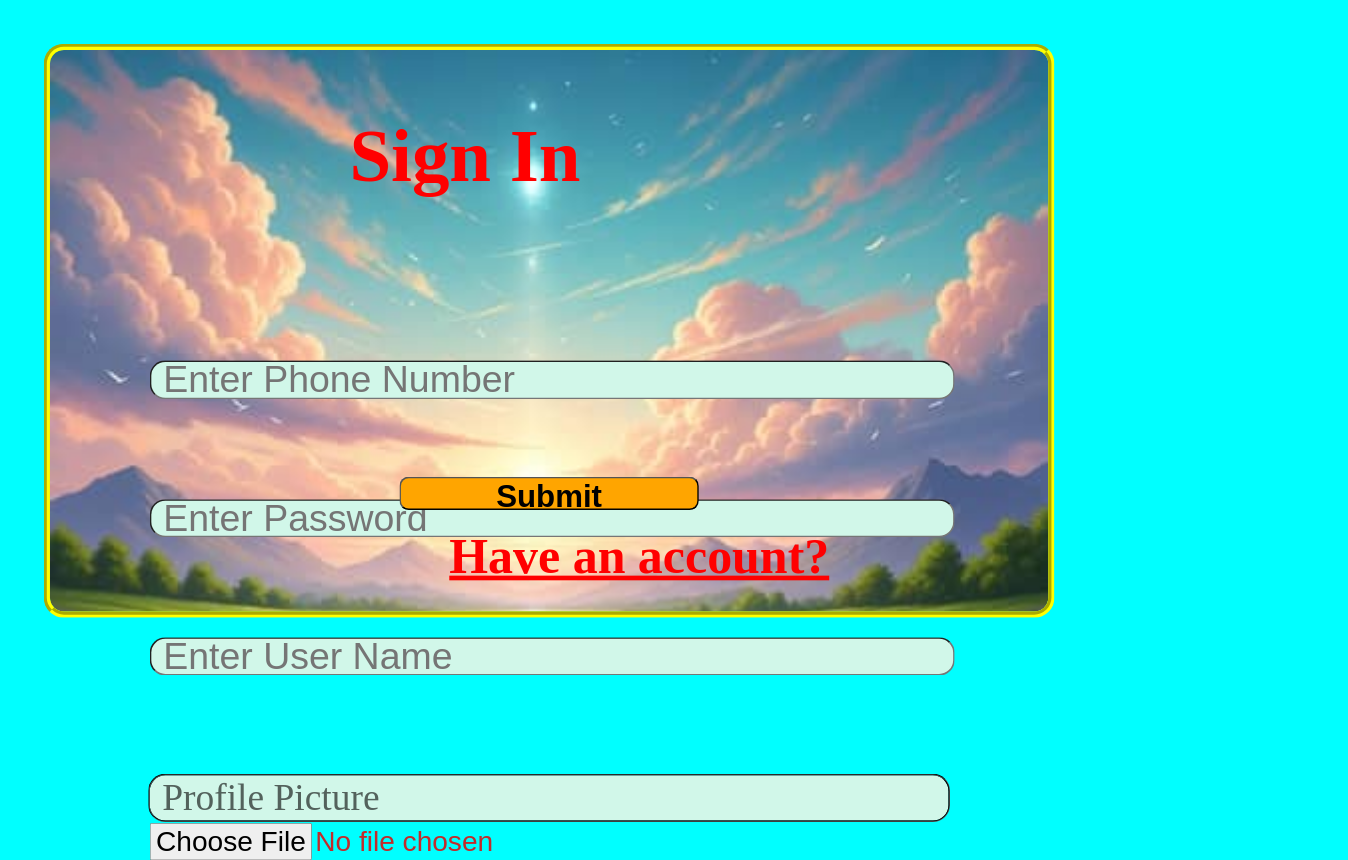
Repository: Amani-Kibet/express-app-web
Page: pages/signup/signIn.html
The author's editor kept a copy of each file at every save. The page is drawn from the files as they stood at one save, then again after the next save.
The browser window is 1280 px wide. The page is 1728 px wide, so the pictures cover 1728 px, including what lies to the right of the window. The pictures show the whole page, at 78% of full size.

Above is the page before, as saved 2025-09-28 15:58:22.

After the next save:
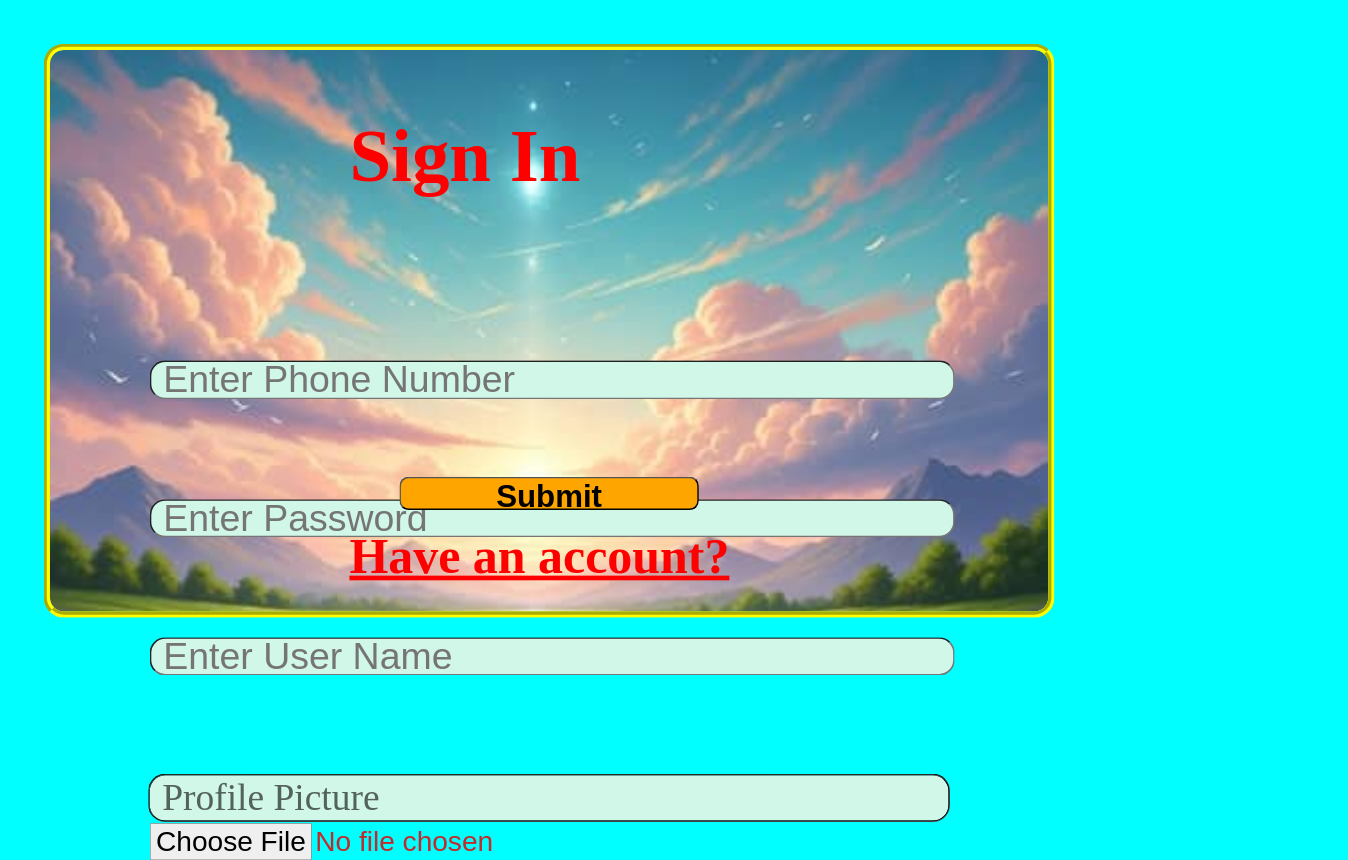
Saved 5 s later.
--- a/pages/signup/signIn.html
+++ b/pages/signup/signIn.html
@@ -112,7 +112,7 @@
     font-size: 4em;
     color: red;
     top: 85%;
-    left: 40%
+    left: 30%
   }
   @keyframes spin{
     0%{transform: rotateY(0deg) rotateX(0deg) translateX(0px)}
